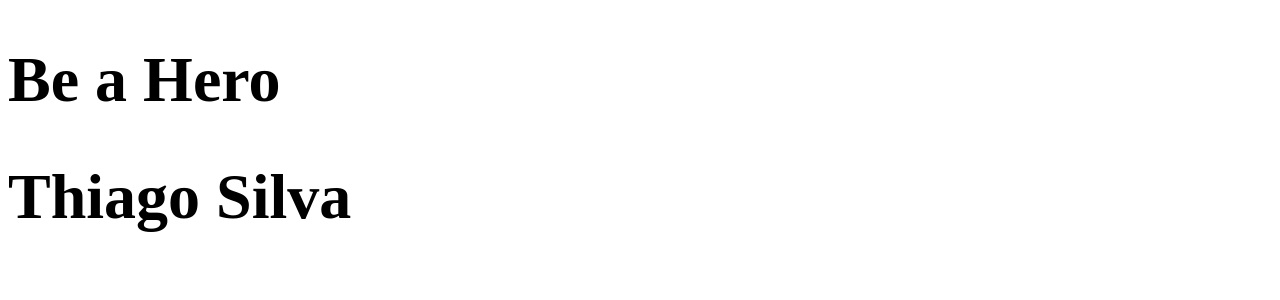
Repository: s7Thiago/semana-omnistack-11.0
Page: /register (app in front-end/)
These files come from the project's save history. The page is drawn as it stood at one moment and after the next save; the edit follows.
The browser window is 1280 px wide. The pictures show the whole page.
The project was rebuilt for these pictures with package versions that can differ from the ones it lists, and the page was loaded fresh each time.

Above is the page before, as saved 2020-03-26 18:01:31.

### front-end/src/App.js
import React from 'react';
import Header from './Header';

function App() {
  return (
    <Header title='Thiago Silva'>Be a Hero</Header>
  );
}

export default App;

### front-end/src/Header.js
import React from 'react';

export default function Header(props) {
    return (
        <header>
            <h1>
                <h1>{props.children}</h1>
                <h1>{props.title}</h1>
            </h1>
        </header>
    )
}

Loaded but not shown: front-end/src/index.js (common file)

After the next save:
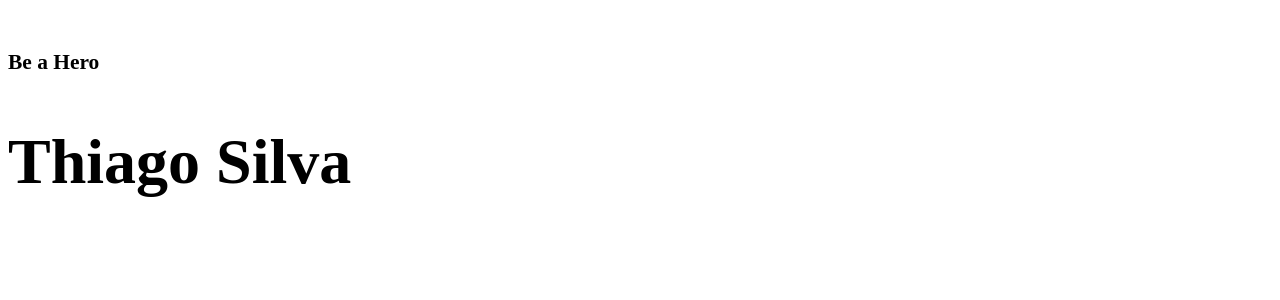
Saved 19 s later.
--- a/front-end/src/Header.js
+++ b/front-end/src/Header.js
@@ -4,7 +4,7 @@ export default function Header(props) {
     return (
         <header>
             <h1>
-                <h1>{props.children}</h1>
+                <h6>{props.children}</h6>
                 <h1>{props.title}</h1>
             </h1>
         </header>
